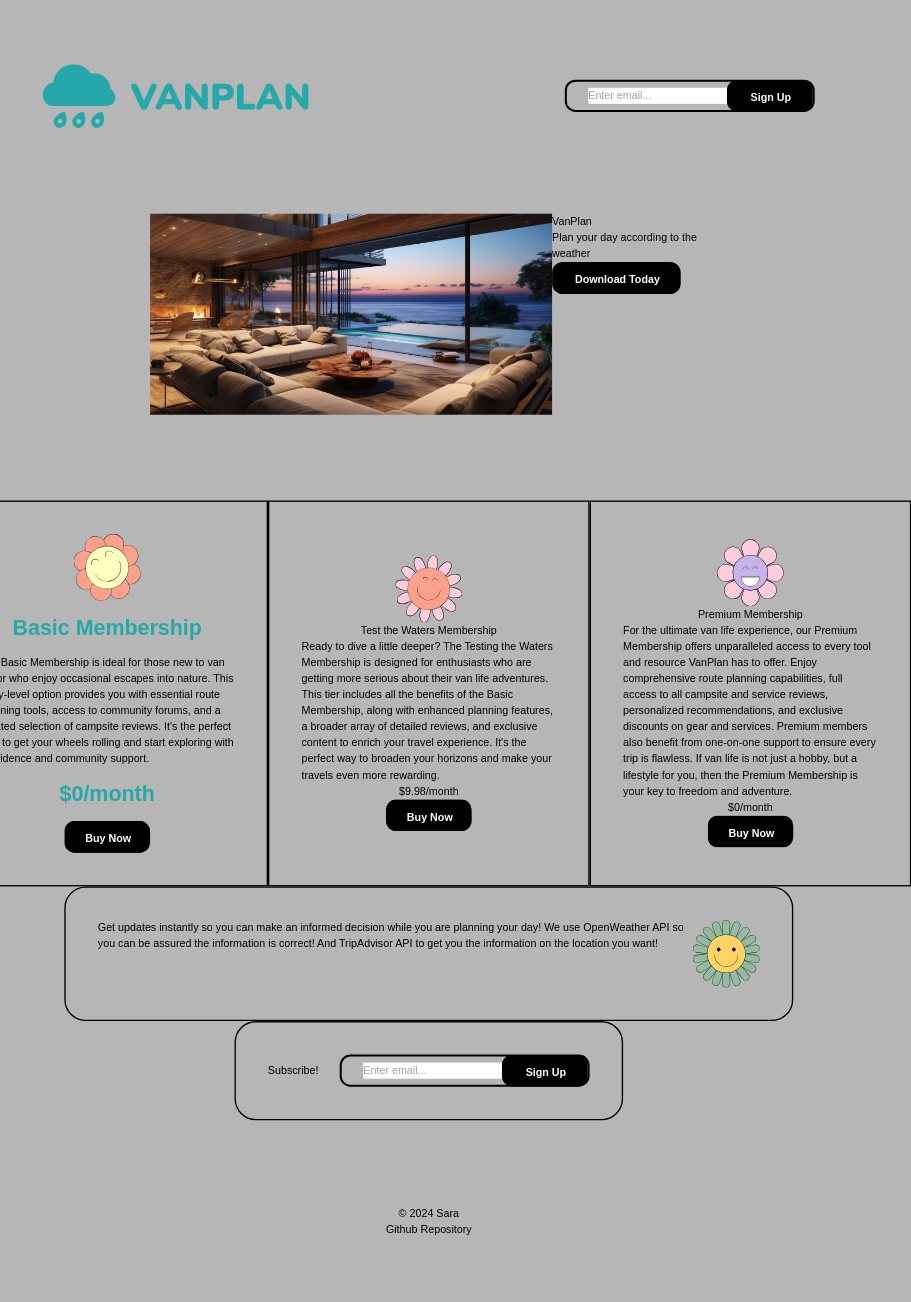
Repository: SaraShio/landing-page
Page: /
The author's editor kept a copy of each file at every save. The page is drawn from the files as they stood at one save, then again after the next save.
The browser window is 1280 px wide. The page is 1360 px wide, so the pictures cover 1360 px, including what lies to the right of the window. The pictures show the whole page, at 67% of full size.
The project was rebuilt for these pictures with package versions that can differ from the ones it lists, and the page was loaded fresh each time. The framework's server and built-in components were replaced by stand-ins that run in the browser. Also part of the build but not shown: next.config.mjs.

Above is the page before, as saved 2024-03-08 21:39:14.

### src/pages/index.tsx
//import Spline from '@splinetool/react-spline';

import Image from "next/image";

import Header from "../../components/Header";
import Hero from "../../components/Hero";
import PriceCards from '../../components/PriceCards';
import SubBanner from "../../components/SubBanner";
import Subscribe from "../../components/Subscribe";
import Footer from "../../components/Footer";

export default function Home() {
  return (
    <main className={`flex min-h-screen flex-col items-center justify-between p-24`}>
      <Header />
      <Hero/>
      <PriceCards/>
      <SubBanner/>
      <Subscribe/>
      <Footer />
    </main>
  );
}

### src/styles/globals.css
@tailwind base;
@tailwind components;
@tailwind utilities;

@import url('https://fonts.googleapis.com/css2?family=Nunito:wght@400;600;700&display=swap');

:root {
 --black:#000000;
 --white: #FFFFFF;
 --light-gray: #B6B6B6;
 --gray: #B6B6B6;
 --teal: #26A8AB;
 --mint: #51BAA7;
 --salmon: #DB7F73;
 --light-green: #DCDFCC;

 --card-padding: 3rem;
}

body {
  font-family: 'Nunito', sans-serif;
  background-color: var(--light-gray);
}

### components/Header/index.tsx
import Image from "next/image";
import styles from "./Header.module.css";

export default function Header() {
  return (
    <>
      <div className={styles.header_container}>
        <div className={styles.logo_img}>
          <Image
            src="/images/green_logo.svg"
            alt="VanPlan Logo"
            width={400}
            height={400}
          />
        </div>

        <div className={styles.input_container}>
        <form>
            <input type="text" placeholder="Enter email...">

            </input>
        </form>
        <button className={styles.signup_button}>Sign Up</button>
        </div>
      </div>
    </>
  );
}

### components/Hero/index.tsx
import Image from "next/image";
import styles from "./Hero.module.css";

export default function Hero() {
  return (
    <>
      <div className={styles.hero_container}>
        <Image src="/images/test1.jpeg" alt="Test" width={600} height={600} />

        <div>
          <h1>VanPlan</h1>
          <h1>Plan your day according to the weather</h1>
          <button className={styles.download_button}>Download Today</button>
        </div>
      </div>
    </>
  );
}

### components/PriceCards/index.tsx
import styles from './PriceCards.module.css';

import CardOne from "../CardOne";
import CardTwo from "../CardTwo";
import CardThree from "../CardThree";

export default function PriceCards() {
  return (
    <>
      <div className={styles.price_card_container}>
        <CardOne />
        <CardTwo />
        <CardThree />
      </div>
    </>
  );
}

### components/SubBanner/index.tsx
import Image from "next/image";
import styles from "./SubBanner.module.css";


export default function SubBanner() {
  return (
    <main className={styles.sub_banner_container}>

    <h1>Get updates instantly so you can make an informed decision while you are planning your day! We use OpenWeather API so you can be assured the information is correct! And TripAdvisor API to get you the information on the location you want!</h1>

    <Image src="/images/test5.svg" alt="Test" width={100} height={100} />


    </main>
  );
}

### components/Subscribe/index.tsx
import Image from "next/image";
import styles from "./Subscribe.module.css";

export default function Subscribe() {
  return (
    <main className={styles.subscribe_container}>
      <h1>Subscribe!</h1>

      <form className={styles.input_container}>
        <input type="text" placeholder="Enter email..."></input>
        <button className={styles.signup_button}>Sign Up</button>
      </form>

    </main>
  );
}

### components/Footer/index.tsx
import Image from 'next/image';
import styles from './Footer.module.css';

export default function Footer(){
    return (
        <>
            <footer className={styles.footer_container}>
                <p>&copy; {new Date().getFullYear()} Sara</p>
                <a href="https://github.com/Haydenleung/MDIA-3109-Final-Project.git" target="_blank" rel="noopener noreferrer">Github Repository</a>
            </footer>
        </>
    )
}

### components/Header/Header.module.css
.header_container{
    display: flex;
    justify-content: space-between;
    align-items: center;
    width: 100vw;
    padding-right: 4rem;
    padding-left: 4rem;
  }

  .signup_button{
    border: 3px solid var(--black);
    border-right: none;
    border-radius: 1rem;
    padding: 12px;
    width: 8rem;
    height: 3rem;
    background-color: var(--black);
    color: var(--white);
    font-weight: 600;
  }

  .input_container{
    display: flex;
    align-items: center;
    border: 3px solid var(--black);
    border-radius: 1rem;
    height: 3rem;
    padding-left: 2rem;
  }

### components/Hero/Hero.module.css
.hero_container{
display: flex;
padding: 8rem;
}

.download_button{
    border: 3px solid var(--black);
    border-right: none;
    border-radius: 1rem;
    padding: 12px;
    width: 12rem;
    height: 3rem;
    background-color: var(--black);
    color: var(--white);
    font-weight: 600;
}

### components/PriceCards/PriceCards.module.css
.price_card_container{
    display: flex;
    flex-direction: row;
}

### components/CardOne/index.tsx
import Image from "next/image";
import styles from "./CardOne.module.css";

export default function CardOne() {
  return (
    <>
      <div className={styles.card_one_container}>
        <Image src="/images/test2.svg" alt="Test" width={100} height={100} />
        <h1>Basic Membership</h1>
        <p>
          Our Basic Membership is ideal for those new to van life or who enjoy
          occasional escapes into nature. This entry-level option provides you
          with essential route planning tools, access to community forums, and a
          curated selection of campsite reviews. It's the perfect way to get
          your wheels rolling and start exploring with confidence and community
          support.
        </p>

        <h1>$0/month</h1>

        <button className={styles.buy_button}>Buy Now</button>
      </div>
    </>
  );
}

### components/CardTwo/index.tsx
import Image from "next/image";
import styles from "./CardTwo.module.css";

export default function CardTwo() {
  return (
    <>
      <div className={styles.card_two_container}>
      <Image src="/images/test3.svg" alt="Test" width={100} height={100} />
      <h1>Test the Waters Membership</h1>
      <p>Ready to dive a little deeper? The Testing the Waters Membership is designed for enthusiasts who are getting more serious about their van life adventures. This tier includes all the benefits of the Basic Membership, along with enhanced planning features, a broader array of detailed reviews, and exclusive content to enrich your travel experience. It's the perfect way to broaden your horizons and make your travels even more rewarding.</p>

      <h1>$9.98/month</h1>

      <button className={styles.buy_button}>Buy Now</button>
      </div>
    </>
  );
}

### components/CardThree/index.tsx
import Image from "next/image";
import styles from "./CardThree.module.css";

export default function CardThree() {
  return (
    <>
      <div className={styles.card_three_container}>
        <Image src="/images/test4.svg" alt="Test" width={100} height={100} />
        <h1>Premium Membership</h1>
        <p>
          For the ultimate van life experience, our Premium Membership offers
          unparalleled access to every tool and resource VanPlan has to offer.
          Enjoy comprehensive route planning capabilities, full access to all
          campsite and service reviews, personalized recommendations, and
          exclusive discounts on gear and services. Premium members also benefit
          from one-on-one support to ensure every trip is flawless. If van life
          is not just a hobby, but a lifestyle for you, then the Premium
          Membership is your key to freedom and adventure.
        </p>

        <h1>$0/month</h1>

        <button className={styles.buy_button}>Buy Now</button>
      </div>
    </>
  );
}

### components/SubBanner/SubBanner.module.css
.sub_banner_container{
    display: flex;
    border: 2px solid var(--black);
    border-radius: 2rem;
    padding: var(--card-padding);
}

### components/Subscribe/Subscribe.module.css
.subscribe_container{
    display: flex;
    flex-direction: row;
    align-items: center;
    border: 2px solid var(--black);
    border-radius: 2rem;
    padding: var(--card-padding);
}

.signup_button{
    border: 3px solid var(--black);
    border-right: none;
    border-radius: 1rem;
    padding: 12px;
    width: 8rem;
    height: 3rem;
    background-color: var(--black);
    color: var(--white);
    font-weight: 600;
  }

  .input_container{
    display: flex;
    align-items: center;
    border: 3px solid var(--black);
    border-radius: 1rem;
    height: 3rem;
    padding-left: 2rem;
    margin-left: 2rem;
  }

### components/Footer/Footer.module.css
.footer_container {
    display: flex;
    flex-direction: column;
    justify-content: center;
    align-items: center;
    width: 100vw;
    padding-top: 8rem;
}

### components/CardOne/CardOne.module.css
.card_one_container {
  border: 2px solid var(--black);
  padding: var(--card-padding);
  width: 30rem;
  display: flex;
  flex-direction: column;
  justify-content: center;
  align-items: center;
}

.card_one_container > h1 {
  font-size: 2rem;
  color: var(--teal);
  font-weight: bold;
  margin-top: 1rem;
  margin-bottom: 1rem;
}

.buy_button {
  border: 3px solid var(--black);
  border-right: none;
  border-radius: 1rem;
  padding: 12px;
  width: 8rem;
  height: 3rem;
  background-color: var(--black);
  color: var(--white);
  font-weight: 600;
}

### components/CardTwo/CardTwo.module.css
.card_two_container{
    border: 2px solid var(--black);
    padding: var(--card-padding);
    width: 30rem;
    display: flex;
    flex-direction: column;
    justify-content: center;
    align-items: center;
}

.buy_button{
    border: 3px solid var(--black);
    border-right: none;
    border-radius: 1rem;
    padding: 12px;
    width: 8rem;
    height: 3rem;
    background-color: var(--black);
    color: var(--white);
    font-weight: 600;
}

### components/CardThree/CardThree.module.css
.card_three_container{
    border: 2px solid var(--black);
    padding: var(--card-padding);
    width: 30rem;
    display: flex;
    flex-direction: column;
    justify-content: center;
    align-items: center;
}

.buy_button{
    border: 3px solid var(--black);
    border-right: none;
    border-radius: 1rem;
    padding: 12px;
    width: 8rem;
    height: 3rem;
    background-color: var(--black);
    color: var(--white);
    font-weight: 600;
}

Loaded but not shown: src/pages/_app.tsx (common file); src/pages/_document.tsx (common file); tailwind.config.ts (common file)

After the next save:
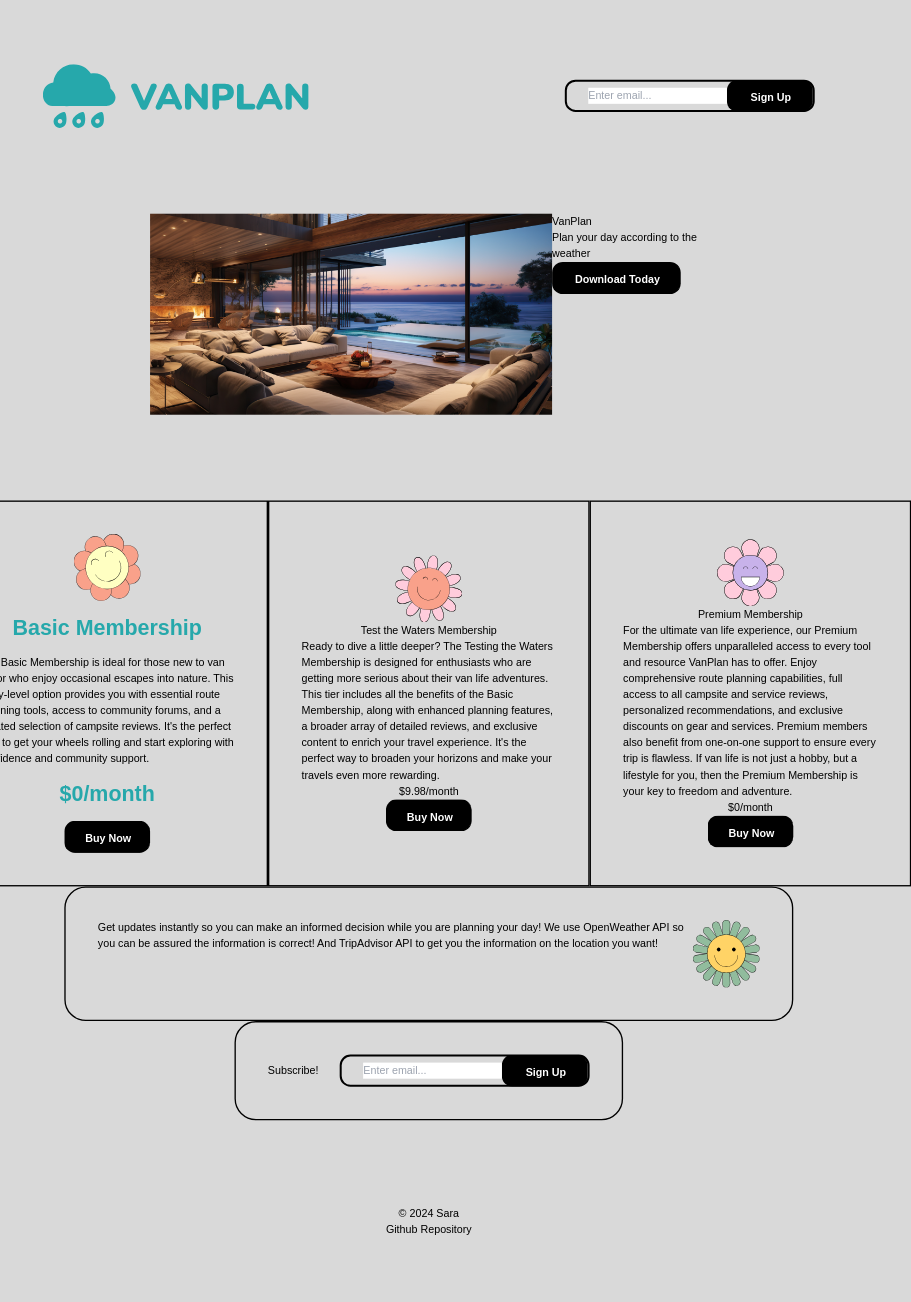
Saved 7 s later.
--- a/src/styles/globals.css
+++ b/src/styles/globals.css
@@ -7,7 +7,7 @@
 :root {
  --black:#000000;
  --white: #FFFFFF;
- --light-gray: #B6B6B6;
+ --light-gray: #d9d9d9;
  --gray: #B6B6B6;
  --teal: #26A8AB;
  --mint: #51BAA7;
